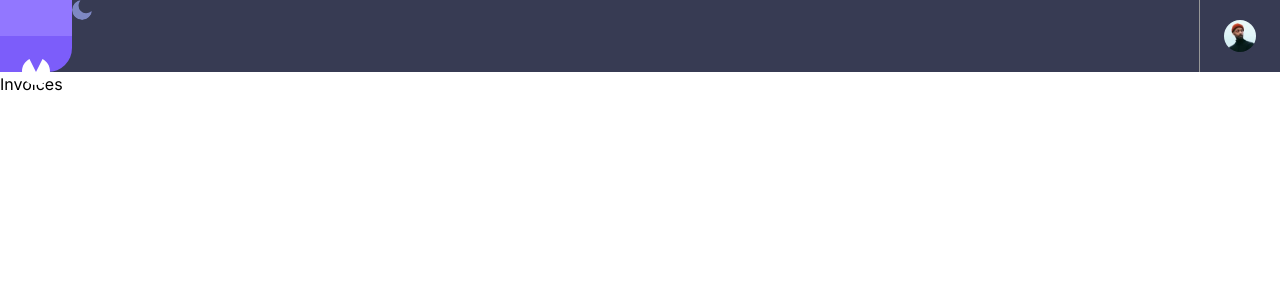
Repository: theoneswhodead/invoice-app
Page: /
These files come from the project's save history. The page is drawn as it stood at one moment and after the next save; the edit follows.
The browser window is 1280 px wide. The pictures show the whole page.
The project was rebuilt for these pictures with package versions that can differ from the ones it lists, and the page was loaded fresh each time. The framework's server and built-in components were replaced by stand-ins that run in the browser. Also part of the build but not shown: next.config.mjs.

Above is the page before, as saved 2024-08-19 18:02:34.

After the next save:
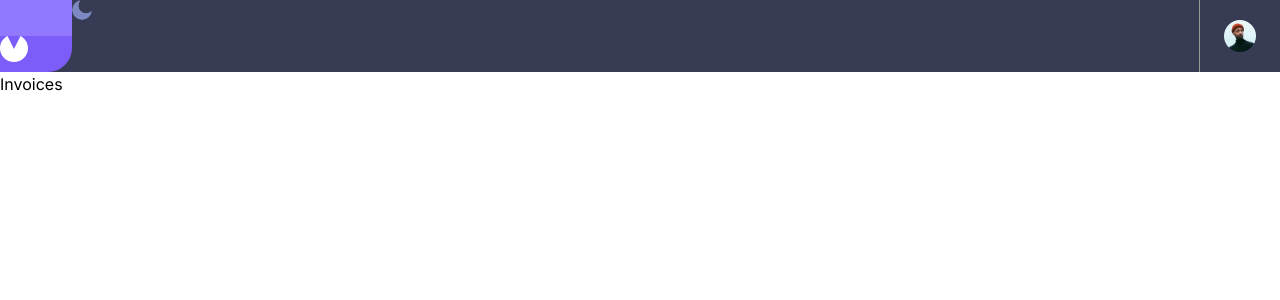
Saved 8 s later.
--- a/app/components/BarMenu.tsx
+++ b/app/components/BarMenu.tsx
@@ -14,7 +14,7 @@ const BarMenu = () => {
                 width={28}
                 height={26}
                 alt="Logo"
-                className='mx-[22px] my-[23px] absolute'
+                className='absolute '
             />
         </div>
         <div>
